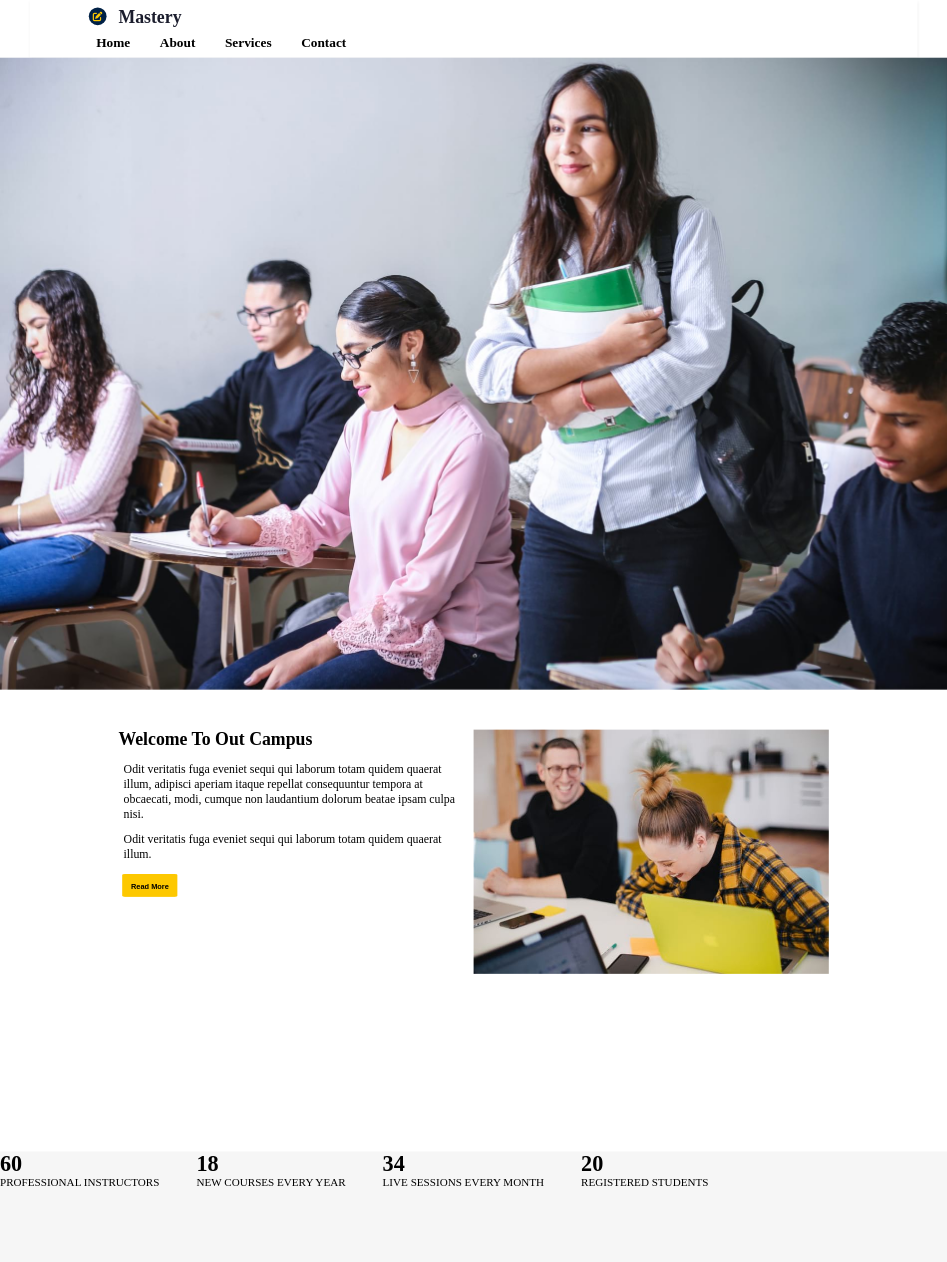
Repository: trminhphuc1504/Mastery
Page: index.html
An editor plug-in stored every save of this project. The page is shown before and after the next save, followed by the edit.
The browser window is 1280 px wide. The pictures show the whole page, at 74% of full size.
Some web libraries are served in a nearby version.

Above is the page before, as saved 2024-08-24 12:24:18.

After the next save:
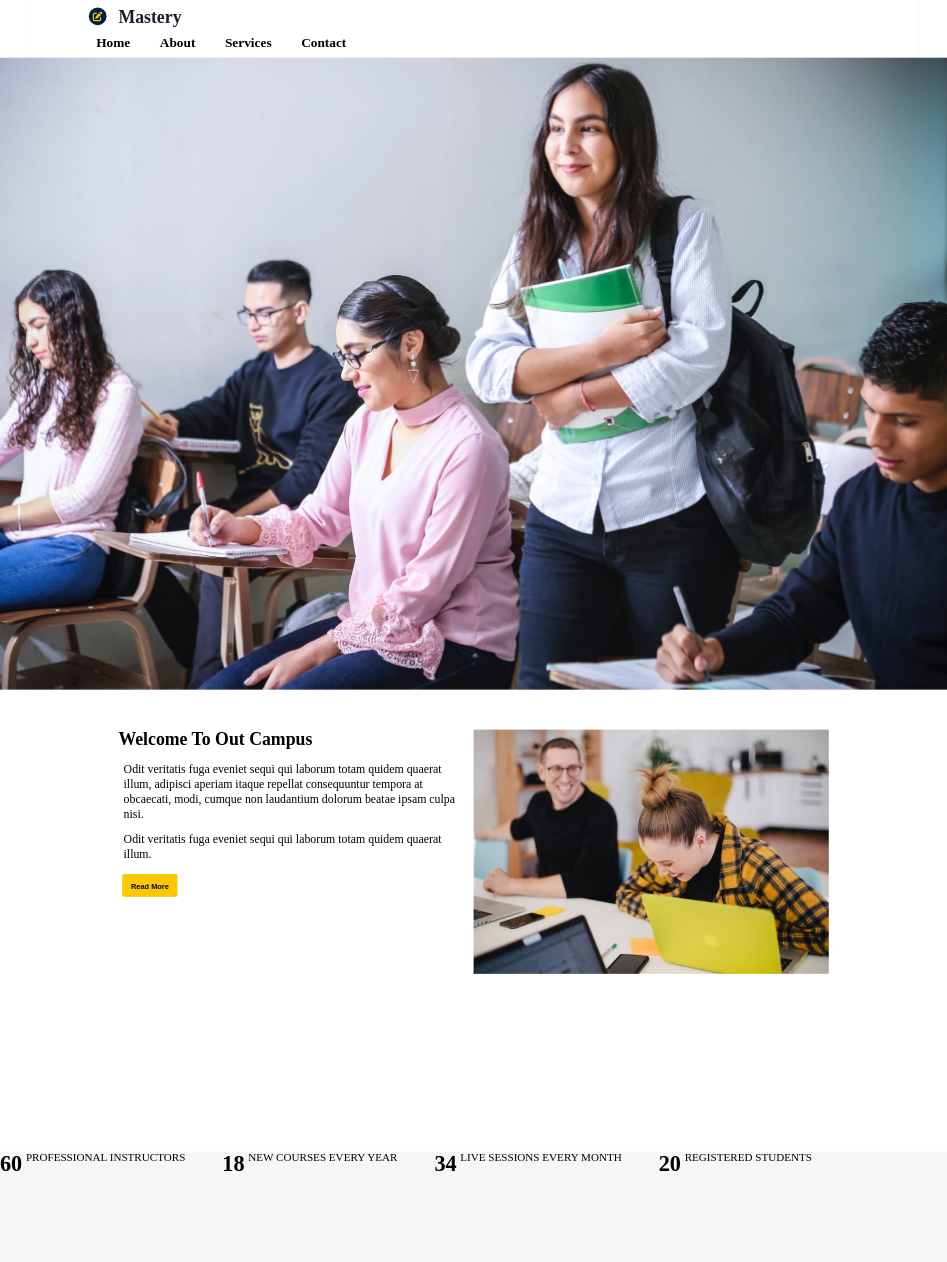
Saved 11 s later.
--- a/css/style.css
+++ b/css/style.css
@@ -160,8 +160,8 @@ header{
 }
 
 .content-content .content-item{
-    /* display: flex;
-    gap:5px; */
+    display: flex;
+    gap:5px;
     /* justify-content: space-between;
     align-items:center; */
     width: calc((100% - calc(var(--number-item) - 1) * var(--gap)) / var(--number-item));
